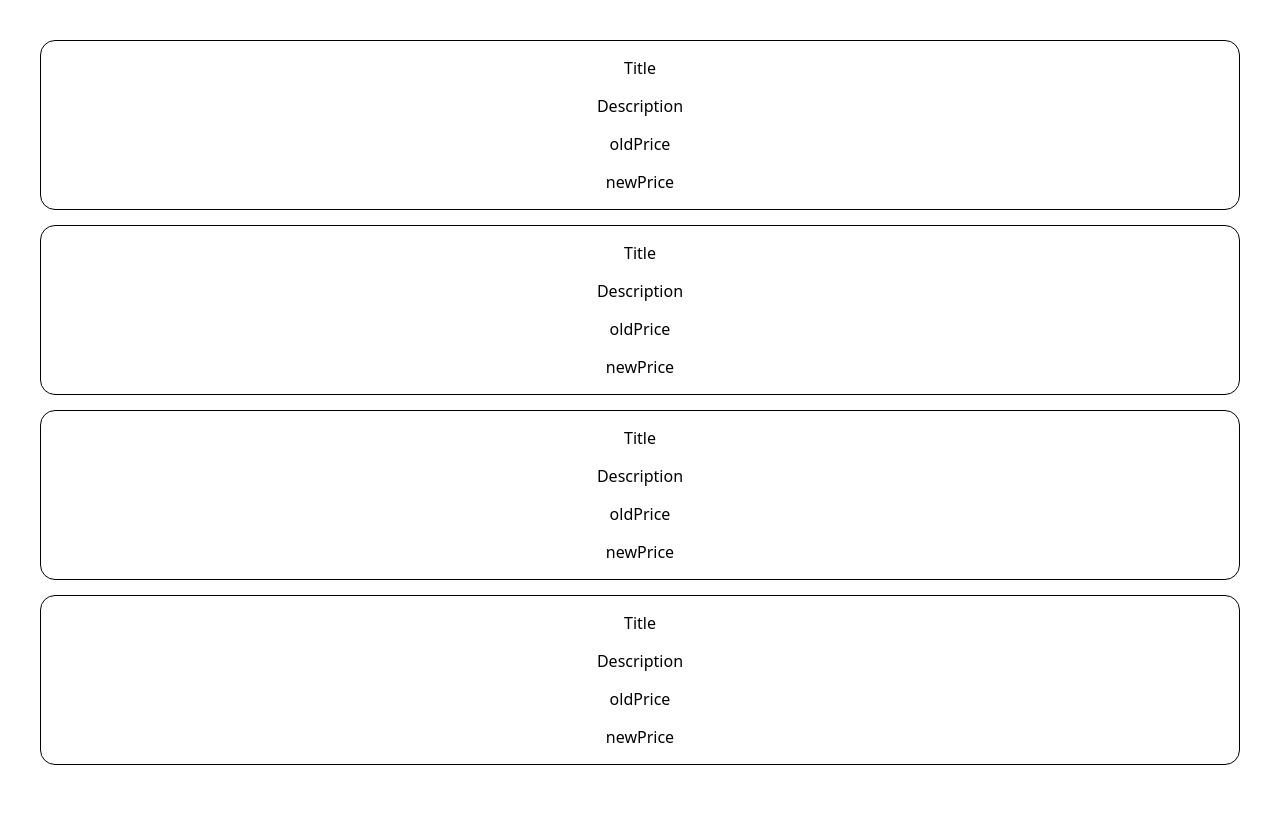
Repository: Ravikumar7210/Web_workspace
Page: / (app in React_Practice/)
These files come from the project's save history. The page is drawn as it stood at one moment and after the next save; the edit follows.
The browser window is 1280 px wide. The pictures show the whole page.
The project was rebuilt for these pictures with package versions that can differ from the ones it lists, and the page was loaded fresh each time. Also part of the build but not shown: React_Practice/vite.config.js.

Above is the page before, as saved 2025-03-27 14:54:27.

After the next save:
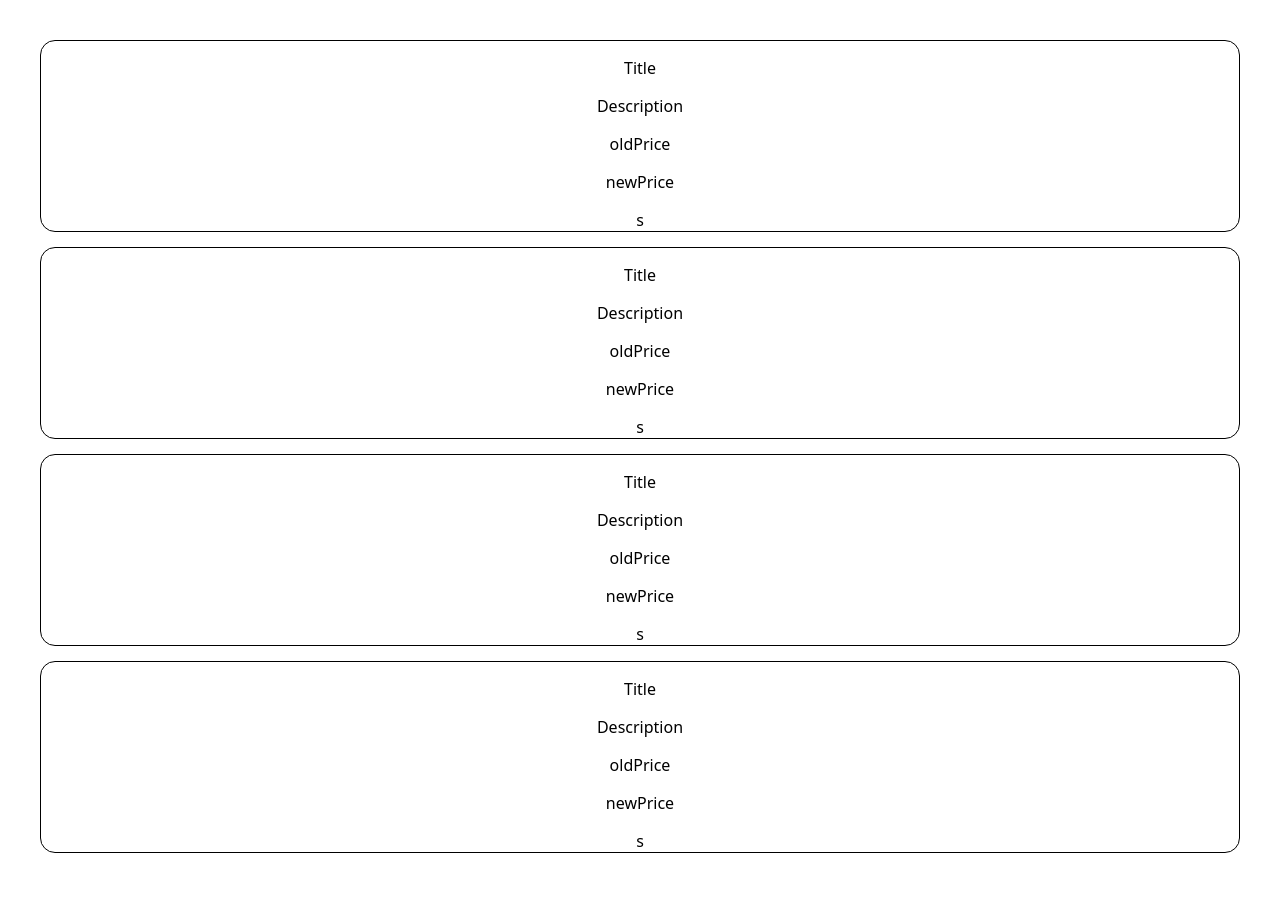
Saved 19 h 5 min later.
--- a/React_Practice/src/Product.jsx
+++ b/React_Practice/src/Product.jsx
@@ -7,7 +7,7 @@
     <div className="Product">
     <p>Title</p>
     <p>Description</p>
-    <Price/>
+    <Price/>s
     </div>
 );
 }

After the save that followed:
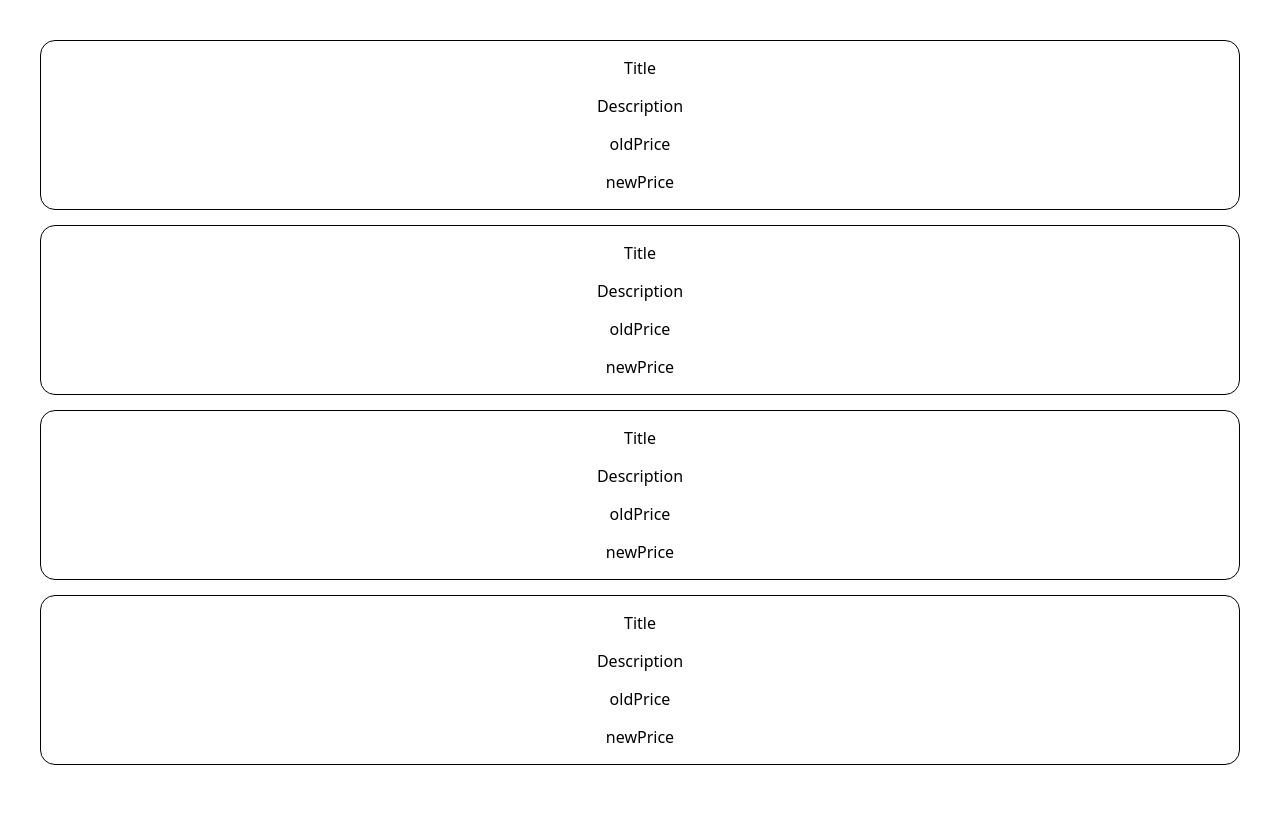
Saved 5 s later.
--- a/React_Practice/src/Product.jsx
+++ b/React_Practice/src/Product.jsx
@@ -7,7 +7,7 @@
     <div className="Product">
     <p>Title</p>
     <p>Description</p>
-    <Price/>s
+    <Price/>
     </div>
 );
 }
